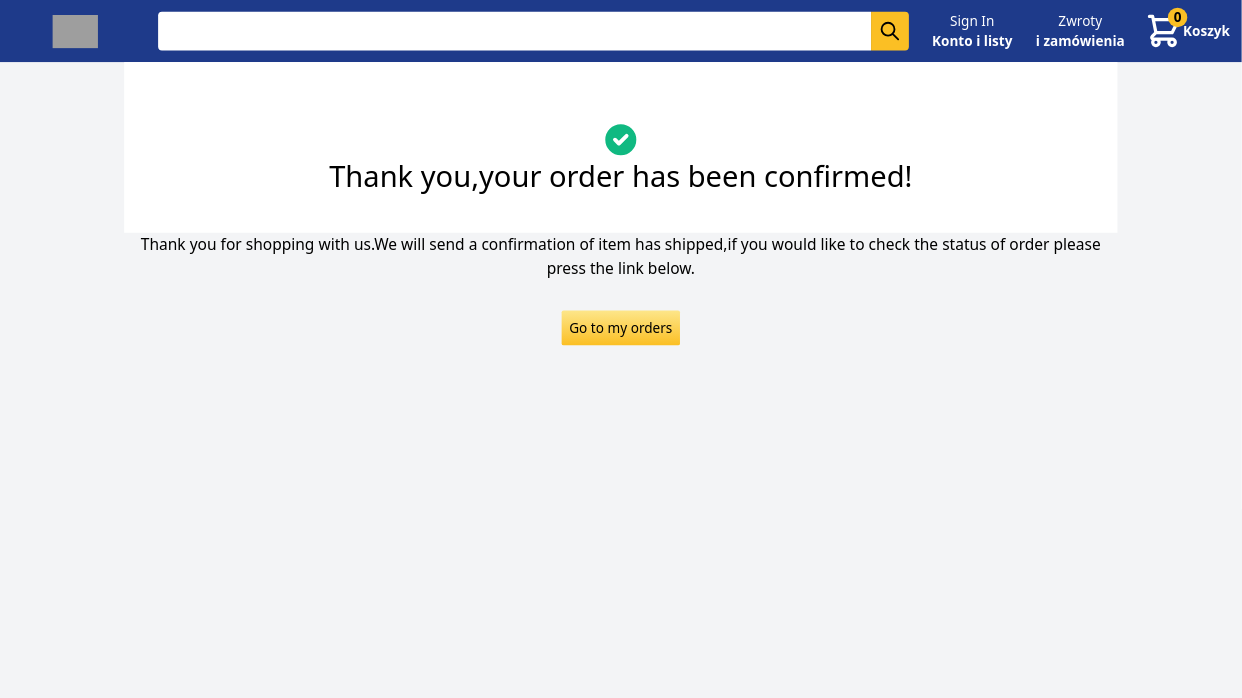
Repository: neridanek/amazon-clone-nextjs-redux-tailwind
Page: /success
The author's editor kept a copy of each file at every save. The page is drawn from the files as they stood at one save, then again after the next save.
The browser window is 1280 px wide. The pictures show the whole page, at 97% of full size.
Pictures or frames that could not be fetched are drawn as grey boxes. The page's requests for data from a server got no answer. The project was rebuilt for these pictures with package versions that can differ from the ones it lists, and the page was loaded fresh each time. The framework's server and built-in components were replaced by stand-ins that run in the browser. No one was signed in, and anything a server would have sent is missing. Also part of the build but not shown: next.config.js.

Above is the page before, as saved 2022-02-13 21:37:23.

### pages/success.js
import React from 'react';
import { useRouter } from 'next/router';
import Header from '../src/components/Header';
import { CheckCircleIcon } from '@heroicons/react/solid';
const success = () => {
  const router = useRouter();
  return (
    <div className="bg-gray-100 h-screen text-center">
      <Header />
      <main className="max-w-screen-lg mx-auto">
        <div className="flex flex-col p-10 bg-white">
          <div className="flex items-center space-x-2 mb-5"></div>
          <CheckCircleIcon className="text-green-500 h-10" />
          <h1 className="text-3xl">Thank you,your order has been confirmed!</h1>
        </div>
        <p className="px-30">
          Thank you for shopping with us.We will send a confirmation of item has
          shipped,if you would like to check the status of order please press
          the link below.
        </p>
        <button onClick={() => router.push('/orders')} className="button mt-8">
          Go to my orders
        </button>
      </main>
    </div>
  );
};

export default success;

### styles/globals.css
@tailwind base;
@tailwind components;
@tailwind utilities;

-webkit-scrollbar {
  display: none;
}
@layer components {
  .link {
    @apply cursor-pointer hover:underline;
  }
  .button {
    @apply p-2 text-xs md:text-sm bg-gradient-to-b from-yellow-200 to-yellow-400 border-yellow-300 rounded-sm
    hover:bg-yellow-400 hover:border-yellow-500;
  }
}

### redux/store.js
import {configureStore} from "@reduxjs/toolkit"
import basketReducer from '../redux/basketSlice';

export const store = configureStore({
    reducer:{
        basket:basketReducer,
    }
})

### src/components/Header.js
import React from 'react';
import Image from 'next/image';
import { SearchIcon, ShoppingCartIcon } from '@heroicons/react/outline';
import { signIn, signOut, useSession } from 'next-auth/client';
import { useRouter } from 'next/router';
import { useSelector } from 'react-redux';
import { selectItems } from '../../redux/basketSlice';

const Header = () => {
  const [session] = useSession();
  const router = useRouter();
  const items = useSelector(selectItems);

  return (
    <div className="flex items-center bg-blue-900 py-3 text-white text-sm ">
      <Image
        onClick={() => router.push('/')}
        src="https://links.papareact.com/f90"
        width={155}
        height={35}
        objectFit="contain"
        className="cursor-pointer"
      />
      <div className="flex flex-1 items-center px-10 sm:px-2">
        <input type="text" className="rounded-l h-10 w-full  text-black" />
        <SearchIcon className="text-black bg-yellow-400 rounded-r p-2 h-10" />
      </div>
      <div onClick={!session ? signIn : signOut} className="link px-5 sm:px-4 ">
        <h1>{session ? `Hello,${session.user.name}` : 'Sign In'}</h1>
        <p className="font-bold">Konto i listy</p>
      </div>
      <div onClick={() => router.push('/orders')} className="link px-5 sm:px-2">
        <h1>Zwroty</h1>
        <p className="font-bold">i zamówienia</p>
      </div>
      <div
        onClick={() => router.push('/checkout')}
        className="flex items-center px-5 sm:px-3"
      >
        <span className="absolute top-0 right-14 bg-yellow-400 h-5 w-5 text-center rounded-full text-black font-bold sm:top-2">
          {items.length}
        </span>
        <ShoppingCartIcon className="h-10" />
        <p className="link font-bold">Koszyk</p>
      </div>
    </div>
  );
};

export default Header;

### redux/basketSlice.js
import { createSlice } from '@reduxjs/toolkit'

const initialState = {
    items:[],
}

const basketSlice = createSlice({
    name: "basket",
    initialState,
    reducers: {
        removeFromBasket:(state,action)=>{
            const index = state.items.findIndex((basketItem)=>basketItem.id == action.payload.id)
            let newBasket = [...state.items]
            if (index >= 0 ){
                newBasket.splice(index,1)
            }else{
                console.warn("not in basket")
            }
            state.items = newBasket;
        },
        addToBasket:(state,action)=>{
            state.items = [...state.items,action.payload];
        },
    }
});

export const {addToBasket,removeFromBasket} = basketSlice.actions
export const selectItems = (state) => state.basket.items
export const selectTotal = (state) => state.basket.items.reduce((total,item)=>total + item.price,0)
export default basketSlice.reducer

### tailwind.config.js
module.exports = {
  content: [
    './pages/**/*.{js,ts,jsx,tsx}',
    './src/components/**/*.{js,ts,jsx,tsx}',
  ],
};

Loaded but not shown: pages/_app.js (common file)

After the next save:
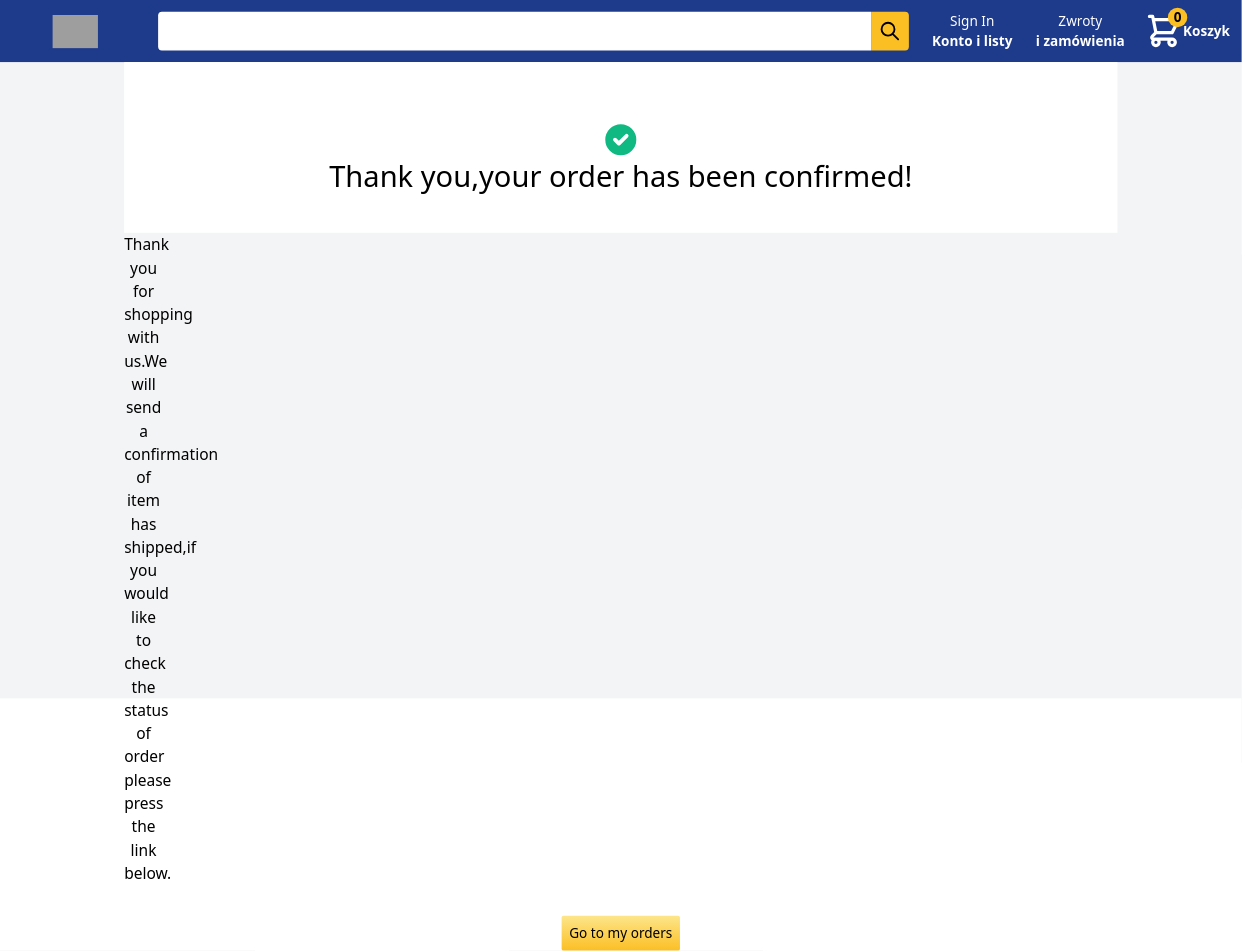
Saved 20 s later.
--- a/pages/success.js
+++ b/pages/success.js
@@ -13,7 +13,7 @@
           <CheckCircleIcon className="text-green-500 h-10" />
           <h1 className="text-3xl">Thank you,your order has been confirmed!</h1>
         </div>
-        <p className="px-30">
+        <p className="w-10">
           Thank you for shopping with us.We will send a confirmation of item has
           shipped,if you would like to check the status of order please press
           the link below.

After the save that followed:
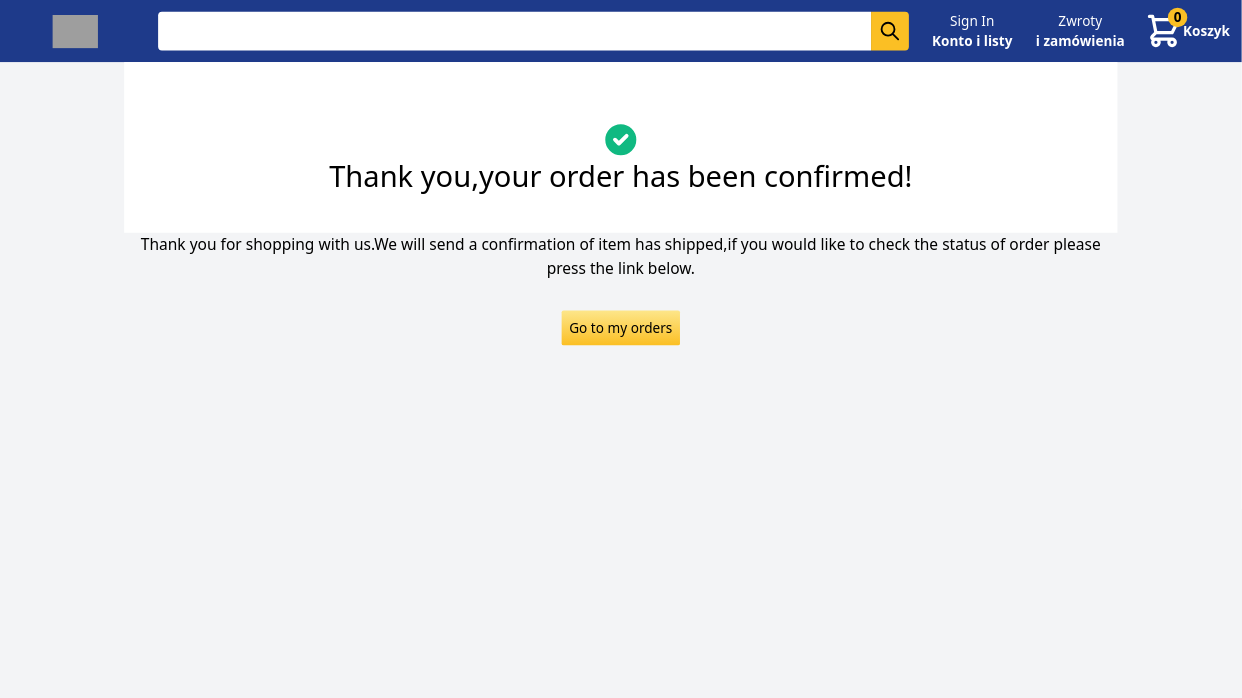
Saved 10 s later.
--- a/pages/success.js
+++ b/pages/success.js
@@ -13,7 +13,7 @@
           <CheckCircleIcon className="text-green-500 h-10" />
           <h1 className="text-3xl">Thank you,your order has been confirmed!</h1>
         </div>
-        <p className="w-10">
+        <p className="w-30">
           Thank you for shopping with us.We will send a confirmation of item has
           shipped,if you would like to check the status of order please press
           the link below.
